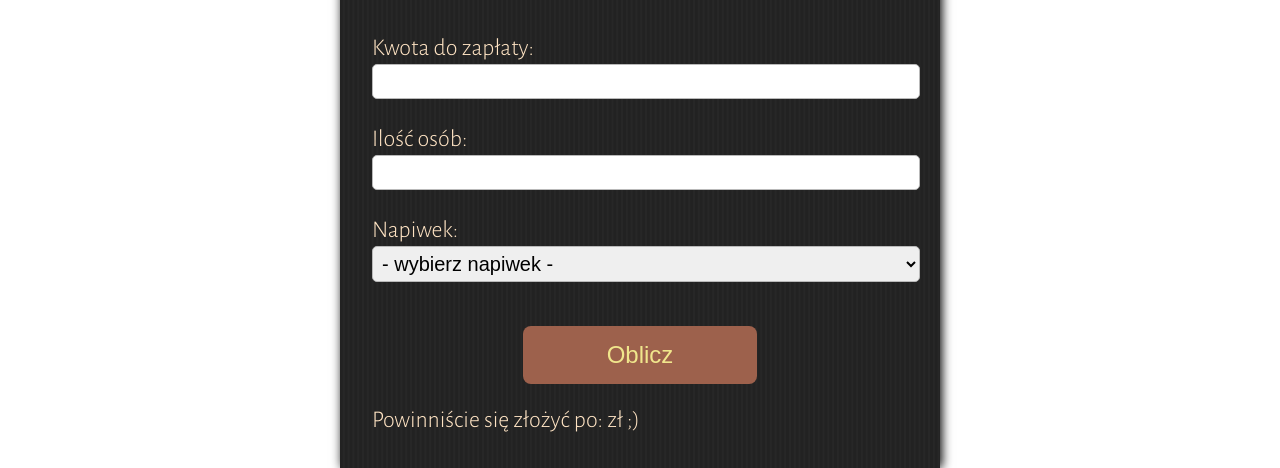
Repository: KrzysKolo/Projekt-2_Rachunek
Page: index.html
An editor plug-in stored every save of this project. The page is shown before and after the next save, followed by the edit.
The browser window is 1280 px wide. The pictures show the part of the page from y = 314 to 782 px (the page is 782 px tall before and 777 px after).
Some web fonts or font styles are not loaded; a fallback is used.

Above is the page before, as saved 2020-07-02 08:24:59.

### index.html
<!DOCTYPE html>
<html lang="en">
  <head>
    <meta charset="UTF-8" />
    <meta name="viewport" content="width=device-width, initial-scale=1.0" />
    <title>Projekt 2 - rachunki i napiwki</title>
    <link
      href="https://fonts.googleapis.com/css2?family=Alegreya+Sans:wght@100;300&family=Fontdiner+Swanky&display=swap"
      rel="stylesheet"
    />
    <link rel="stylesheet" href="./css/style.css" />
  </head>
  <body>
    <main class="wrapper">
      <div class="header">
        <h1 class="header__title">Bill - Splitter </h1>
        <h2 class="header__subtitle">Podziel się rachunkiem ze znajomymi ;)</h2>
      </div>
      <section class="articles">

        <div action="" class="article__bill">
            <div class="">
                <label for="value">Kwota do zapłaty: </label>
                <input type="number" class="article__bill--input" id="value" />
            </div>
            <div class=""">
                <label for="people">Ilość osób: </label>
                <input type="number" class="article__bill--input" id="people" />
            </div>
            <div class="">
                <label for="tip">Napiwek: </label>
                <select id="tip" class="article__bill--input">
                    <option value="0" disabled selected> - wybierz napiwek - </option>
                    <option value="0.05">5%</option>
                    <option value="0.1">10%</option>
                    <option value="0.15">15%</option>
                    <option value="0.2">20%</option>
                </select>
             </div>
            <button class="article__btn">Oblicz</button>
            <p class="article__error"></p>
            <p class="article__cost-info">Powinniście się złożyć po: <span class="article__cost"></span>zł ;)</p>
        </div>
      </section>
    </main>
  </body>
</html>

### css/style.css
*,
*::before,
*::after {
  margin: 0;
  padding: 0;
  box-sizing: inherit;
}
body {
  font-size: 16px;
  color: #000000;
  font-family: "Fontdiner Swanky", cursive;
  display: flex;
  flex-direction: column;
  align-items: center;
}
.wrapper {
  width: 600px;
  box-shadow: 2px 0 10px #000;
}
.header {
  padding: 2rem;
  position: relative;
  height: 250px;
  background-image: url("https://cdn.pixabay.com/photo/2017/06/06/22/46/mediterranean-cuisine-2378758_1280.jpg");
  background-size: cover;
  background-position: center;
  z-index: 0;
  display: flex;
  justify-content: center;
  align-items: center;
  flex-direction: column;
}
.header__title {
  color: khaki;
  text-shadow: 3px 3px 5px rgb(12, 5, 5);
  font-size: 4rem;
}
.header__subtitle {
  font-family: "Alegreya Sans", sans-serif;
  color: khaki;
  text-transform: uppercase;
}
.articles {
  background: #222 -webkit-linear-gradient(0deg, #222 50%, #272727 50%);
  background: #222 linear-gradient(90deg, #222 50%, #272727 50%);
  background-size: 0.2em 100%;

  font-family: "Alegreya Sans", sans-serif;
  color: bisque;
  display: flex;
  flex-direction: column;
  padding: 2rem;
  font-size: 1.5rem;
  line-height: 2rem;
}

.article__bill {
  display: flex;
  flex-direction: column;
}
.article__bill--input {
  margin-bottom: 1.5rem;

  font-size: 1.25rem;
  padding: 5px;
  width: 100%;
  border-radius: 5px;
  border: 1px solid rgb(185, 185, 185);
}
.article__btn {
  display: block;
  margin: 20px auto;
  padding: 15px 10px;
  width: 40%;
  font-size: 1.5rem;
  border-radius: 8px;
  color: khaki;
  background-color: rgb(157, 97, 76);
  border: none;
  cursor: pointer;
}
/*
.rotate-hor-center {
  animation: rotate-hor-center 0.5s alternate forwards;
}
----------------------------------------------
 * Generated by Animista on 2020-7-2 6:30:31
 * Licensed under FreeBSD License.
 * See http://animista.net/license for more info.
 * w: http://animista.net, t: @cssanimista
 * ---------------------------------------------- */

/**
 * ----------------------------------------
 * animation rotate-hor-center
 * ----------------------------------------

@keyframes rotate-hor-center {
  0% {
    transform: rotateX(0);
  }
  100% {
    transform: rotateX(-360deg);
  }
}
*/
/* ----------------------------------------------
 * Generated by Animista on 2020-7-2 6:23:43
 * Licensed under FreeBSD License.
 * See http://animista.net/license for more info.
 * w: http://animista.net, t: @cssanimista
 * ---------------------------------------------- */

/**
 * ----------------------------------------
 * animation flip-scale-2-ver-left
 * ----------------------------------------

.flip-scale-2-ver-left {
  -webkit-animation: flip-scale-2-ver-left 0.5s;
  animation: flip-scale-2-ver-left 0.5s;
}
@-webkit-keyframes flip-scale-2-ver-left {
  0% {
    -webkit-transform: translateX(0) rotateY(0) scale(1);
    transform: translateX(0) rotateY(0) scale(1);
    -webkit-transform-origin: 0% 50%;
    transform-origin: 0% 50%;
  }
  50% {
    -webkit-transform: translateX(-50%) rotateY(90deg) scale(2);
    transform: translateX(-50%) rotateY(90deg) scale(2);
    -webkit-transform-origin: 50% 50%;
    transform-origin: 50% 50%;
  }
  100% {
    -webkit-transform: translateX(-100%) rotateY(180deg) scale(1);
    transform: translateX(-100%) rotateY(180deg) scale(1);
    -webkit-transform-origin: 100% 50%;
    transform-origin: 100% 50%;
  }
}
@keyframes flip-scale-2-ver-left {
  0% {
    -webkit-transform: translateX(0) rotateY(0) scale(1);
    transform: translateX(0) rotateY(0) scale(1);
    -webkit-transform-origin: 0% 50%;
    transform-origin: 0% 50%;
  }
  50% {
    -webkit-transform: translateX(-50%) rotateY(90deg) scale(2);
    transform: translateX(-50%) rotateY(90deg) scale(2);
    -webkit-transform-origin: 50% 50%;
    transform-origin: 50% 50%;
  }
  100% {
    -webkit-transform: translateX(-100%) rotateY(180deg) scale(1);
    transform: translateX(-100%) rotateY(180deg) scale(1);
    -webkit-transform-origin: 100% 50%;
    transform-origin: 100% 50%;
  }
}
*/

After the next save:
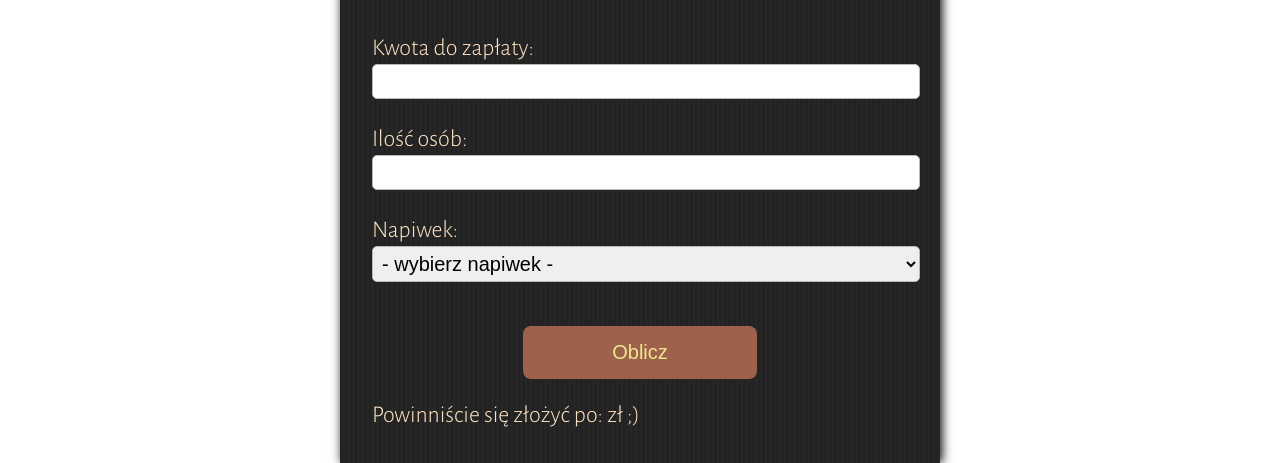
Saved 26 s later.
--- a/css/style.css
+++ b/css/style.css
@@ -72,7 +72,7 @@ body {
   margin: 20px auto;
   padding: 15px 10px;
   width: 40%;
-  font-size: 1.5rem;
+  font-size: 1.25rem;
   border-radius: 8px;
   color: khaki;
   background-color: rgb(157, 97, 76);
